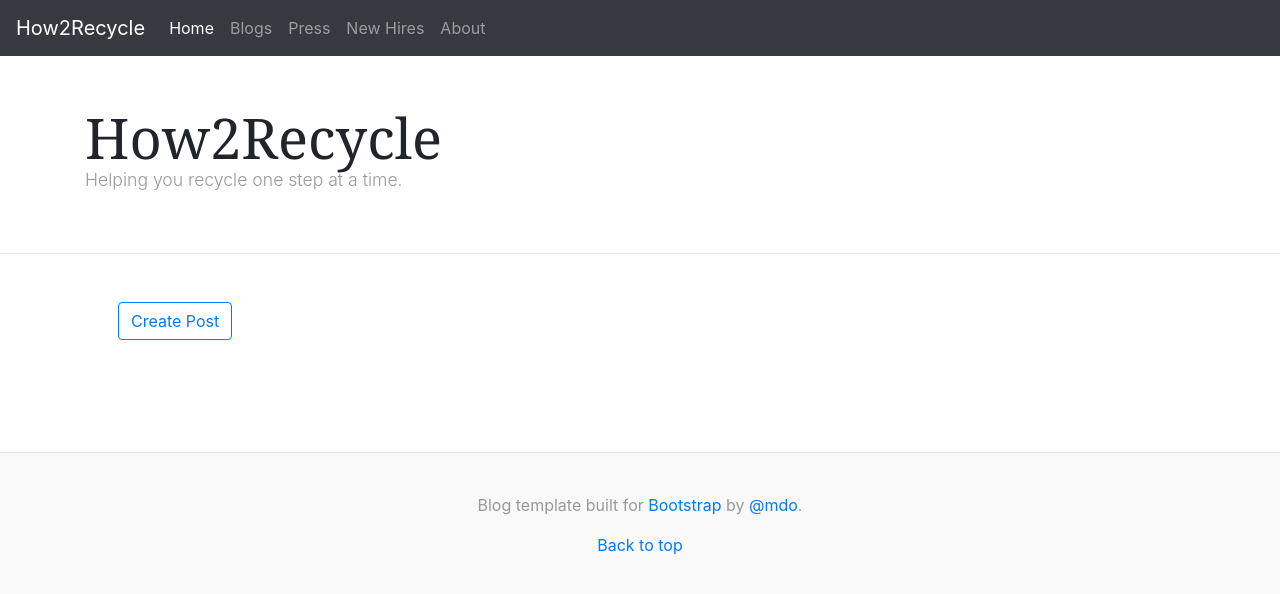
Repository: AshokSasi/CopyNPasta-Recycle-App
Page: http://localhost/posts/index
An editor plug-in stored every save of this project. The page is shown before and after the next save, followed by the edit.
The browser window is 1280 px wide. The pictures show the whole page.
The page is served by the project's Laravel application, run on PHP 8.4 with Laravel 8. Other server files are loaded and not shown. Queries for data that is not in the repository find no rows.

Above is the page before, as saved 2021-09-25 15:10:59.

### routes/web.php
<?php


Route::get('/','ItemsController@index');

Route::get('/home/{item}','ItemsController@show');

Route::get('/posts/index','PostsController@index');

Route::get('/posts/create','PostsController@create');

Route::post('/posts','PostsController@store');


Route::get('/posts/{post}','PostsController@show');

Route::post('/posts/{post}/comments','CommentsController@store');

### app/Http/Controllers/PostsController.php
<?php

namespace App\Http\Controllers;

use Illuminate\Http\Request;

use App\Post;

class PostsController extends Controller
{
    public function index()
    {
        $posts = Post::latest()->get();

        return view('posts.index',compact('posts'));
    }

    public function show(Post $post)
    {

        return view('posts.show',compact('post'));
    }

    public function create()
    {
        return view('posts.create');
    }

    public function store()
    {


        //Validate requires data
        $this->validate(request(),[
            'title' => 'required',
            'body' => 'required'
        ]);

        //create
        Post::create(request(['title','body']));

        //And redirect to home page
        return redirect('/');
    }
}

### app/Post.php
<?php

namespace App;


class Post extends Model
{
    public function comments()
    {
        return $this->hasMany(Comment::class);


    }

    public function addComment($body)
    {

       //add a comment to a post
        $this->comments()->create(compact('body'));

    }


}

### app/Model.php
<?php

namespace App;

use Illuminate\Database\Eloquent\Model as Eloquent;

class Model extends Eloquent
{

    protected $guarded = [];
}

### resources/views/posts/index.blade.php
@extends('layouts.master')

@section('content')



        <div class="col-md-8 blog-main">
          <a class="btn btn-outline-primary" href="#">Create Post</a>

          @foreach ($posts as $post)

             @include('posts.post')

          @endforeach


          <nav class="blog-pagination">

          </nav>

        </div><!-- /.blog-main -->



      <!-- /.row -->

   <!-- /.container -->



@endsection

### resources/views/layouts/master.blade.php

<!doctype html>
<html lang="en">
  <head>
    <meta charset="utf-8">
    <meta name="viewport" content="width=device-width, initial-scale=1, shrink-to-fit=no">
    <meta name="description" content="">
    <meta name="author" content="">
    <link rel="icon" href="/docs/4.0/assets/img/favicons/favicon.ico">

    <title>The Bootstrap Blog</title>

    <link rel="canonical" href="https://getbootstrap.com/docs/4.0/examples/album/">

    <!-- Bootstrap core CSS -->
    <link rel="stylesheet" href="https://maxcdn.bootstrapcdn.com/bootstrap/4.0.0/css/bootstrap.min.css"
    integrity="sha384-Gn5384xqQ1aoWXA+058RXPxPg6fy4IWvTNh0E263XmFcJlSAwiGgFAW/dAiS6JXm" crossorigin="anonymous">

    <!-- Custom styles for this template -->
    <link href="/css/app.css" rel="stylesheet">
  </head>

  <body>

    <header>


    @include('layouts.nav')


    </header>

<div class="container p-3 p-md-5">
  <div class="row">
    @yield('content')

  </div>

</div>
@include('layouts.footer')

    <!-- Bootstrap core JavaScript
    ================================================== -->
    <!-- Placed at the end of the document so the pages load faster -->

  </body>
</html>

### resources/views/layouts/nav.blade.php
<nav class="navbar navbar-expand-lg navbar-dark bg-dark">
  <a class="navbar-brand" href="/">How2Recycle</a>
  <button class="navbar-toggler" type="button" data-toggle="collapse" data-target="#navbarSupportedContent" aria-controls="navbarSupportedContent" aria-expanded="false" aria-label="Toggle navigation">
    <span class="navbar-toggler-icon"></span>
  </button>

  <div class="collapse navbar-collapse" id="navbarSupportedContent">
    <ul class="navbar-nav mr-auto">
      <li class="nav-item active">
        <a class="nav-link" href="/">Home <span class="sr-only">(current)</span></a>
      </li>
      <li class="nav-item">
        <a class="nav-link" href="/posts/index">Blogs</a>
      </li>
      <li class="nav-item">
        <a class="nav-link" href="#">Press</a>
      </li>
      <li class="nav-item">
        <a class="nav-link" href="#">New Hires</a>
      </li>
      <li class="nav-item">
        <a class="nav-link" href="#">About</a>
      </li>


    </ul>

  </div>
</nav>

<div class="blog-header p-3 p-md-5">
  <div class="container">
    <h1 class="blog-title">How2Recycle</h1>
    <p class="lead blog-description">Helping you recycle one step at a time.</p>
  </div>
</div>

### resources/views/layouts/footer.blade.php
<footer class="blog-footer">
  <p>Blog template built for <a href="https://getbootstrap.com/">Bootstrap</a> by <a href="https://twitter.com/mdo">@mdo</a>.</p>
  <p>
    <a href="#">Back to top</a>
  </p>
</footer>

### public/css/app.css
/* stylelint-disable selector-list-comma-newline-after */

.blog-header {
    line-height: 1;
    border-bottom: 1px solid #e5e5e5;
  }

  .blog-header-logo {
    font-family: "Playfair Display", Georgia, "Times New Roman", serif;
    font-size: 2.25rem;
  }

  .blog-header-logo:hover {
    text-decoration: none;
  }

  h1,
  h2,
  h3,
  h4,
  h5,
  h6 {
    font-family: "Playfair Display", Georgia, "Times New Roman", serif;
  }

  .display-4 {
    font-size: 2.5rem;
  }

  @media (min-width: 768px) {
    .display-4 {
      font-size: 3rem;
    }
  }

  .nav-scroller {
    position: relative;
    z-index: 2;
    height: 2.75rem;
    overflow-y: hidden;
  }

  .nav-scroller .nav {
    display: -webkit-box;
    display: -ms-flexbox;
    display: flex;
    -ms-flex-wrap: nowrap;
    flex-wrap: nowrap;
    padding-bottom: 1rem;
    margin-top: -1px;
    overflow-x: auto;
    text-align: center;
    white-space: nowrap;
    -webkit-overflow-scrolling: touch;
  }

  .nav-scroller .nav-link {
    padding-top: .75rem;
    padding-bottom: .75rem;
    font-size: .875rem;
  }

  .card-img-right {
    height: 100%;
    border-radius: 0 3px 3px 0;
  }

  .flex-auto {
    -ms-flex: 0 0 auto;
    -webkit-box-flex: 0;
    flex: 0 0 auto;
  }

  .h-250 {
    height: 250px;
  }

  @media (min-width: 768px) {
    .h-md-250 {
      height: 250px;
    }
  }

  .border-top {
    border-top: 1px solid #e5e5e5;
  }

  .border-bottom {
    border-bottom: 1px solid #e5e5e5;
  }

  .box-shadow {
    -webkit-box-shadow: 0 0.25rem 0.75rem rgba(0, 0, 0, 0.05);
            box-shadow: 0 0.25rem 0.75rem rgba(0, 0, 0, 0.05);
  }

  /*
     * Blog name and description
     */

  .blog-title {
    margin-bottom: 0;
    font-size: 2rem;
    font-weight: 400;
  }

  .blog-description {
    font-size: 1.1rem;
    color: #999;
  }

  @media (min-width: 40em) {
    .blog-title {
      font-size: 3.5rem;
    }
  }

  /* Pagination */

  .blog-pagination {
    margin-bottom: 4rem;
  }

  .blog-pagination > .btn {
    border-radius: 2rem;
  }

  /*
     * Blog posts
     */

  .blog-post {
    margin-bottom: 4rem;
  }

  .blog-post-title {
    margin-bottom: .25rem;
    font-size: 2.5rem;
  }

  .blog-post-meta {
    margin-bottom: 1.25rem;
    color: #999;
  }

  /*
     * Footer
     */

  .blog-footer {
    padding: 2.5rem 0;
    color: #999;
    text-align: center;
    background-color: #f9f9f9;
    border-top: .05rem solid #e5e5e5;
  }

  .blog-footer p:last-child {
    margin-bottom: 0;
  }

/* stylelint-disable selector-list-comma-newline-after */

.blog-header {
    line-height: 1;
    border-bottom: 1px solid #e5e5e5;
  }

  .blog-header-logo {
    font-family: "Playfair Display", Georgia, "Times New Roman", serif;
    font-size: 2.25rem;
  }

  .blog-header-logo:hover {
    text-decoration: none;
  }

  h1,
  h2,
  h3,
  h4,
  h5,
  h6 {
    font-family: "Playfair Display", Georgia, "Times New Roman", serif;
  }

  .display-4 {
    font-size: 2.5rem;
  }

  @media (min-width: 768px) {
    .display-4 {
      font-size: 3rem;
    }
  }

  .nav-scroller {
    position: relative;
    z-index: 2;
    height: 2.75rem;
    overflow-y: hidden;
  }

  .nav-scroller .nav {
    display: -webkit-box;
    display: -ms-flexbox;
    display: flex;
    -ms-flex-wrap: nowrap;
    flex-wrap: nowrap;
    padding-bottom: 1rem;
    margin-top: -1px;
    overflow-x: auto;
    text-align: center;
    white-space: nowrap;
    -webkit-overflow-scrolling: touch;
  }

  .nav-scroller .nav-link {
    padding-top: .75rem;
    padding-bottom: .75rem;
    font-size: .875rem;
  }

  .card-img-right {
    height: 100%;
    border-radius: 0 3px 3px 0;
  }

  .flex-auto {
    -ms-flex: 0 0 auto;
    -webkit-box-flex: 0;
    flex: 0 0 auto;
  }

  .h-250 {
    height: 250px;
  }

  @media (min-width: 768px) {
    .h-md-250 {
      height: 250px;
    }
  }

  .border-top {
    border-top: 1px solid #e5e5e5;
  }

  .border-bottom {
    border-bottom: 1px solid #e5e5e5;
  }

  .box-shadow {
    -webkit-box-shadow: 0 0.25rem 0.75rem rgba(0, 0, 0, 0.05);
            box-shadow: 0 0.25rem 0.75rem rgba(0, 0, 0, 0.05);
  }

  /*
     * Blog name and description
     */

  .blog-title {
    margin-bottom: 0;
    font-size: 2rem;
    font-weight: 400;
  }

  .blog-description {
    font-size: 1.1rem;
    color: #999;
  }

  @media (min-width: 40em) {
    .blog-title {
      font-size: 3.5rem;
    }
  }

  /* Pagination */

  .blog-pagination {
    margin-bottom: 4rem;
  }

  .blog-pagination > .btn {
    border-radius: 2rem;
  }

  /*
     * Blog posts
     */

  .blog-post {
    margin-bottom: 4rem;
  }

  .blog-post-title {
    margin-bottom: .25rem;
    font-size: 2.5rem;
  }

  .blog-post-meta {
    margin-bottom: 1.25rem;
    color: #999;
  }

  /*
     * Footer
     */

  .blog-footer {
    padding: 2.5rem 0;
    color: #999;
    text-align: center;
    background-color: #f9f9f9;
    border-top: .05rem solid #e5e5e5;
  }

  .blog-footer p:last-child {
    margin-bottom: 0;
  }
  .red-text{
    color:red;
  }

  /* ============================================================================================== */

Loaded but not shown: app/Http/Controllers/Controller.php (common file)

After the next save:
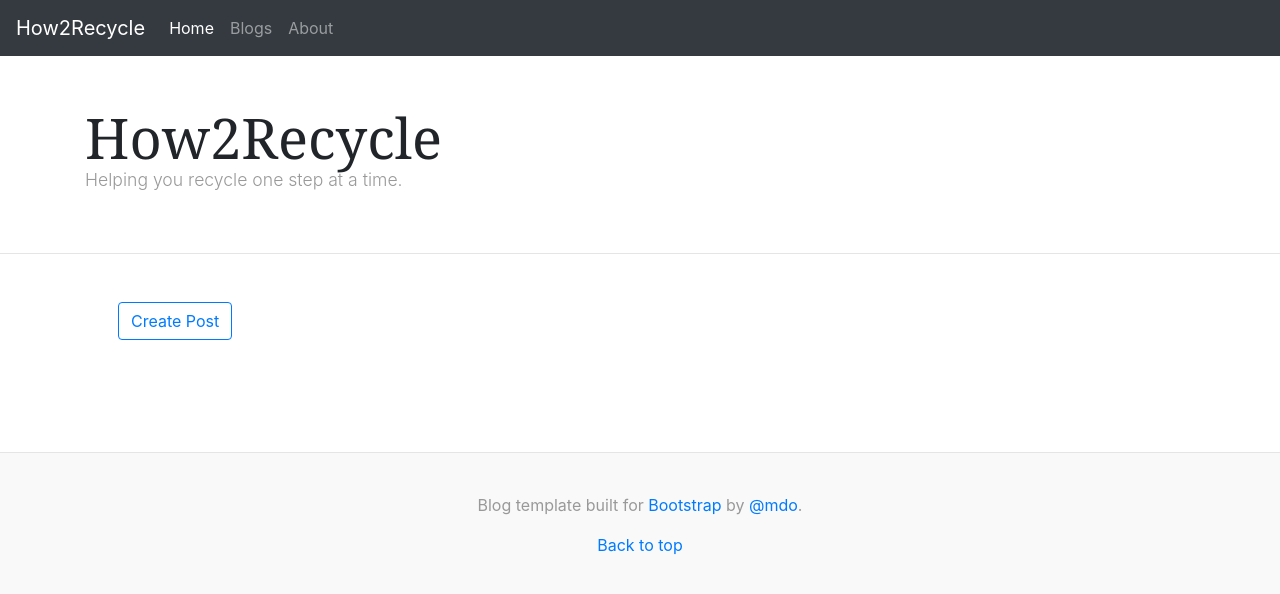
Saved 10 s later.
--- a/resources/views/layouts/nav.blade.php
+++ b/resources/views/layouts/nav.blade.php
@@ -11,12 +11,6 @@
       </li>
       <li class="nav-item">
         <a class="nav-link" href="/posts/index">Blogs</a>
-      </li>
-      <li class="nav-item">
-        <a class="nav-link" href="#">Press</a>
-      </li>
-      <li class="nav-item">
-        <a class="nav-link" href="#">New Hires</a>
       </li>
       <li class="nav-item">
         <a class="nav-link" href="#">About</a>
